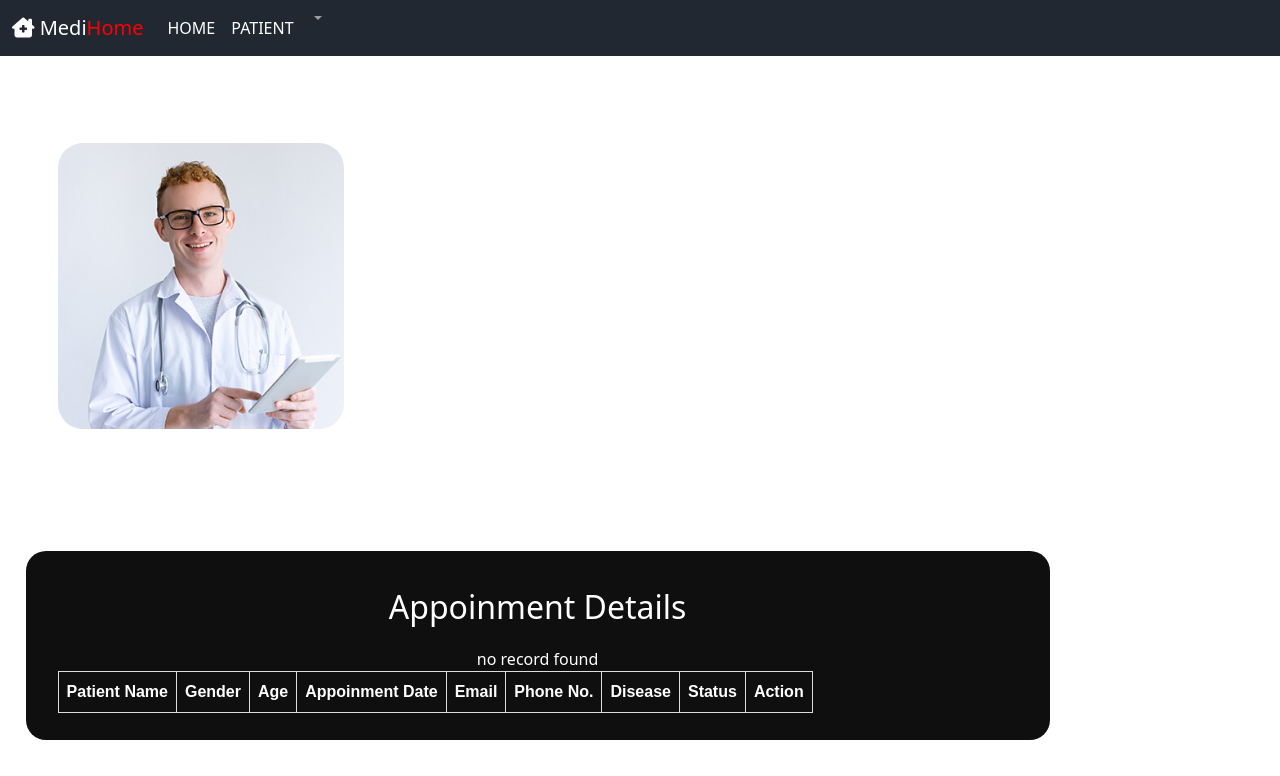
Repository: SparshGarg1/Hospital-Management-System
Page: http://localhost/Hospital/StatusUpdate
An editor plug-in stored every save of this project. The page is shown before and after the next save, followed by the edit.
The browser window is 1280 px wide. The pictures show the whole page.
Some web libraries are served in a nearby version. The page is served by Tomcat 9. Other server files are loaded and not shown. Queries for data that is not in the repository find no rows.

Above is the page before, as saved 2022-08-21 06:00:49.

### Hospital/WebContent/doctorpatient.jsp
<%@page import="java.sql.ResultSet"%>
<%@page errorPage="component/error.jsp" %>
<%@ include file="component/db.jsp" %>
<%@ page language="java" contentType="text/html; charset=ISO-8859-1"
    pageEncoding="ISO-8859-1"%>
<!DOCTYPE html PUBLIC "-//W3C//DTD HTML 4.01 Transitional//EN" "http://www.w3.org/TR/html4/loose.dtd">
<html>
<head>
<meta http-equiv="Content-Type" content="text/html; charset=ISO-8859-1">
<title>Insert title here</title>
<%@ include file="component/allcss.jsp" %>
<style>
        @import url('https://fonts.googleapis.com/css2?family=Poppins&display=swap');

        .main{
            display: flex;
            flex-direction: row;
            justify-content: space-between;
            flex-wrap: wrap;
            height: 100vh;
        }
        table {
            font-family: arial, sans-serif;
            border-collapse: collapse;
            position: absolute;
            margin:auto;
        }

       .tr1 {
            border: 1px solid #dddddd;
            text-align: left;
            padding: 8px;
        }
        .show1{
            text-align: center;
            margin: 5vh 2vw;
            width:80%;
            background: rgb(15, 15, 15);
            border-radius: 20px;
            color: white;
            padding: 2em;
        }
        .contain{
            margin: 5vh 2vw;
            width:80%;

            width: 350px;

            border-radius: 20px;
            display: flex;
            justify-content: center;
            flex-direction: column;
            color: white;
            padding: 2em;
        }
        .head{
            font-size: 2em;
            margin-bottom: 0.5em;
        }
        .bo {
            margin: 0.2em 0;
        }
       .contain img{
       border-radius: 25px;
       }

        .loginBtn{
            width: 102%;
            height: 40px;
            border: none;
            border-radius: 10px;
            margin: 0.5em 0;
            transform: translate(-1%);
            cursor: pointer;
            color: white;
            background: linear-gradient(to right, #ff416c, #ff4b2b);
            transition: all .4s;
        }

        .loginBtn:hover{
            transform: translate(-1%, 5%);
            box-shadow: 0 0 10px #ff416d65;
        }
        .text{
            font-size: 0.8em;
            margin-top: 0.5em;
            text-align: center;
            color: rgba(255, 255, 255, 0.623);
        }
        .text a{
            color: rgba(255, 255, 255, 0.911);
        }
        </style>
</head>
<body>
<%
	HttpSession ses=request.getSession();
	String email =(String) ses.getAttribute("uid");
	int id1=0;
	String name = "";
	String dob = "";
	String qualification = "";
	String specialist = "";
	String mobile = "";
	String qr = "select * from doctor where email=?";
	PreparedStatement ps = con.prepareStatement(qr);
	ps.setString(1, email);
	ResultSet rs = ps.executeQuery();
	if(rs.next())
	{
		id1 = rs.getInt("id");
		name = rs.getString("name");
		dob = rs.getString("dob");
		qualification = rs.getString("qualification");
		specialist = rs.getString("specialist");
		mobile = rs.getString("mobile");

	}
%>
<!-- navbar  -->
<nav class="navbar navbar-expand-lg navbar-dark" style="background-color:#222831;">
  <div class="container-fluid">
    <a class="navbar-brand" href="index.jsp"><i class="fas fa-clinic-medical"></i> Medi<span style="color:red;">Home</span></a>
    <button class="navbar-toggler" type="button" data-bs-toggle="collapse" data-bs-target="#navbarSupportedContent" aria-controls="navbarSupportedContent" aria-expanded="false" aria-label="Toggle navigation">
      <span class="navbar-toggler-icon"></span>
    </button>
    <div class="collapse navbar-collapse" id="navbarSupportedContent">
      <ul class="navbar-nav  mb-2 mb-lg-0">
        <li class="nav-item">
          <a class="nav-link active" aria-current="page" href="doctorportal.jsp">HOME</a>
        </li>
        <li class="nav-item">
          <a class="nav-link active" aria-current="page" href="doctorpatient.jsp">PATIENT</a>
        </li>
        <li class="nav-item dropdown">
          <a class="nav-link dropdown-toggle" href="#" id="navbarDropdown" role="button" data-bs-toggle="dropdown" aria-expanded="false">
            <%=name %>
          </a>
          <ul class="dropdown-menu" aria-labelledby="navbarDropdown">
          	<li><a class="dropdown-item" href="doctoreditprofile.jsp">Edit Profile</a></li>
            <li><a class="dropdown-item" href="DoctorLogout">Logout</a></li>
          </ul>
        </li>
      </ul>
    </div>
  </div>
</nav>

<section class="main">
<div class="contain">
       <img alt="" src="img/doc-3.jpg">
    </div>
    <div class="show1">
        <p class="head">Appoinment Details</p>
        <table>
            <tr class="tr1">
              <th class="tr1">Patient Name</th>
              <th class="tr1">Gender</th>
              <th class="tr1">Age</th>
              <th class="tr1">Appoinment Date</th>
              <th class="tr1">Email</th>
              <th class="tr1">Phone No.</th>
              <th class="tr1">Disease</th>
              <th class="tr1">Status</th>
              <th class="tr1">Action</th>
            </tr>

            <%
             String qr1 = "select * from appoinment where doctor=?";
             PreparedStatement ps1 = con.prepareStatement(qr1);
             ps1.setInt(1, id1);
             ResultSet rs1 = ps1.executeQuery();
             if(rs1.next())
             {
            	 do{
            	String Name = rs1.getString("name");
         		String Gender = rs1.getString("gender");
         		int Age = rs1.getInt("age");
         		String Appdate = rs1.getString("appdate");
         		String Email = rs1.getString("email");
         		String Mobile = rs1.getString("mobile");
         		String Doctor= "";
         		String Disease = rs1.getString("Disease");
         		String Doctorns = rs1.getString("doctor");
         		String Status = rs1.getString("status");
         		String qr2 = "select * from doctor where id=?";
                PreparedStatement ps2 = con.prepareStatement(qr2);
                int Doctorn = Integer.parseInt(Doctorns);
                ps2.setInt(1, Doctorn);
                ResultSet rs2 = ps2.executeQuery();
                if(rs2.next())
                {
                	Doctor = rs2.getString("name");
                }
         		%>
         		<tr class="tr1">
                <td class="tr1"><%=Name %></td>
                <td class="tr1"><%=Gender %></td>
                <td class="tr1"><%=Age %></td>
                <td class="tr1"><%=Appdate %></td>
                <td class="tr1"><%=Email %></td>
                <td class="tr1"><%=Mobile %></td>
                <td class="tr1"><%=Disease %></td>
                <form action="StatusUpdate?email=<%=Email %>" method="post">
                <td class="tr1"><input type="text" name="status" value=<%=Status %>></td>
        		<td class="tr1"><button type="submit"  class="loginBtn">Update</button> </td>
        		</form>
              </tr>
              <%
            	 }while(rs1.next());
             }
             else{
            	 out.println("no record found");
             }
            %>

          </table>
    </div>
</section>
</body>
</html>

### Hospital/WebContent/component/db.jsp

<%@page import="java.sql.Connection" %>
<%@page import="java.sql.DriverManager" %>
<%@page import="java.sql.PreparedStatement" %>
<%
Class.forName("com.mysql.jdbc.Driver");
Connection con=DriverManager.getConnection("jdbc:mysql://localhost:3306/hos","root","sparsh1574");
%>

### Hospital/WebContent/component/allcss.jsp
<link rel="stylesheet" href="https://cdnjs.cloudflare.com/ajax/libs/font-awesome/6.1.2/css/all.min.css" integrity="sha512-1sCRPdkRXhBV2PBLUdRb4tMg1w2YPf37qatUFeS7zlBy7jJI8Lf4VHwWfZZfpXtYSLy85pkm9GaYVYMfw5BC1A==" crossorigin="anonymous" referrerpolicy="no-referrer" />
<link href="https://cdn.jsdelivr.net/npm/bootstrap@5.0.2/dist/css/bootstrap.min.css" rel="stylesheet" integrity="sha384-EVSTQN3/azprG1Anm3QDgpJLIm9Nao0Yz1ztcQTwFspd3yD65VohhpuuCOmLASjC" crossorigin="anonymous">
<script src="https://cdn.jsdelivr.net/npm/bootstrap@5.0.2/dist/js/bootstrap.bundle.min.js" integrity="sha384-MrcW6ZMFYlzcLA8Nl+NtUVF0sA7MsXsP1UyJoMp4YLEuNSfAP+JcXn/tWtIaxVXM" crossorigin="anonymous"></script>

### Hospital/src/StatusUpdate.java
import java.io.IOException;
import java.io.PrintWriter;
import java.sql.Connection;
import java.sql.DriverManager;
import java.sql.PreparedStatement;

import javax.servlet.RequestDispatcher;
import javax.servlet.ServletException;
import javax.servlet.annotation.WebServlet;
import javax.servlet.http.HttpServlet;
import javax.servlet.http.HttpServletRequest;
import javax.servlet.http.HttpServletResponse;

@WebServlet("/StatusUpdate")
public class StatusUpdate extends HttpServlet {
	private static final long serialVersionUID = 1L;


	protected void service(HttpServletRequest request, HttpServletResponse response) throws ServletException, IOException {
		PrintWriter out = response.getWriter();
		response.setContentType("text/html");

		String email = request.getParameter("email");
		String status = request.getParameter("status");

		try
		{
			Class.forName("com.mysql.jdbc.Driver");
			Connection con = DriverManager.getConnection("jdbc:mysql://localhost:3306/hos", "root", "sparsh1574");
			String qr = "update appoinment set status=? where email=?";
			PreparedStatement ps = con.prepareStatement(qr);
			ps.setString(1, status);
			ps.setString(2, email);
			int i = ps.executeUpdate();
			if(i>0)
			{
				response.sendRedirect("doctorpatient.jsp");
			}
			else
			{
				RequestDispatcher rd = request.getRequestDispatcher("doctorpatient.jsp");
						rd.include(request, response);
						out.println("<script>window.alert('Status Not Updated Try Again!');</script>");
			}
		}
		catch (Exception e) {
			// TODO: handle exception
			out.println(e);
		}
	}

}

After the next save:
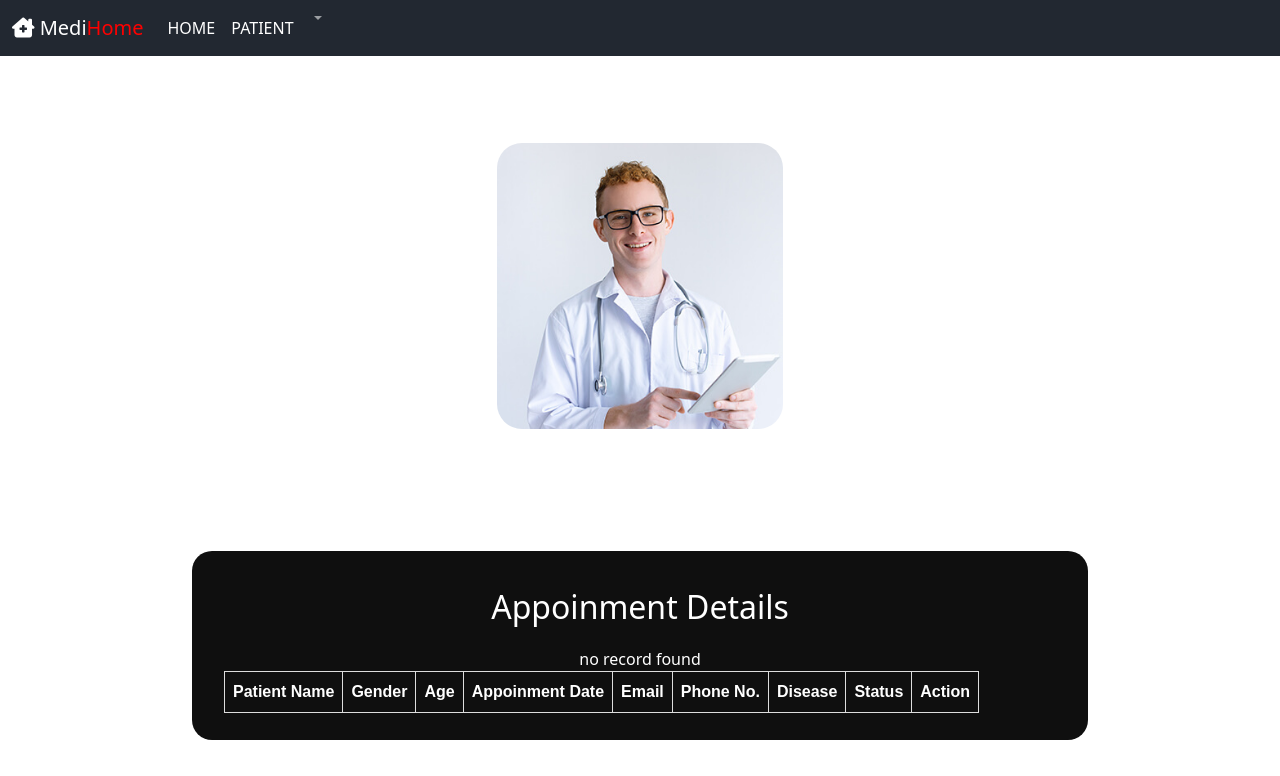
Saved 13 s later.
--- a/Hospital/WebContent/doctorpatient.jsp
+++ b/Hospital/WebContent/doctorpatient.jsp
@@ -15,7 +15,7 @@
         .main{
             display: flex;
             flex-direction: row;
-            justify-content: space-between;
+            justify-content: center;
             flex-wrap: wrap;
             height: 100vh;
         }
@@ -34,7 +34,7 @@
         .show1{
             text-align: center;
             margin: 5vh 2vw;
-            width:80%;
+            width:70%;
             background: rgb(15, 15, 15);
             border-radius: 20px;
             color: white;
